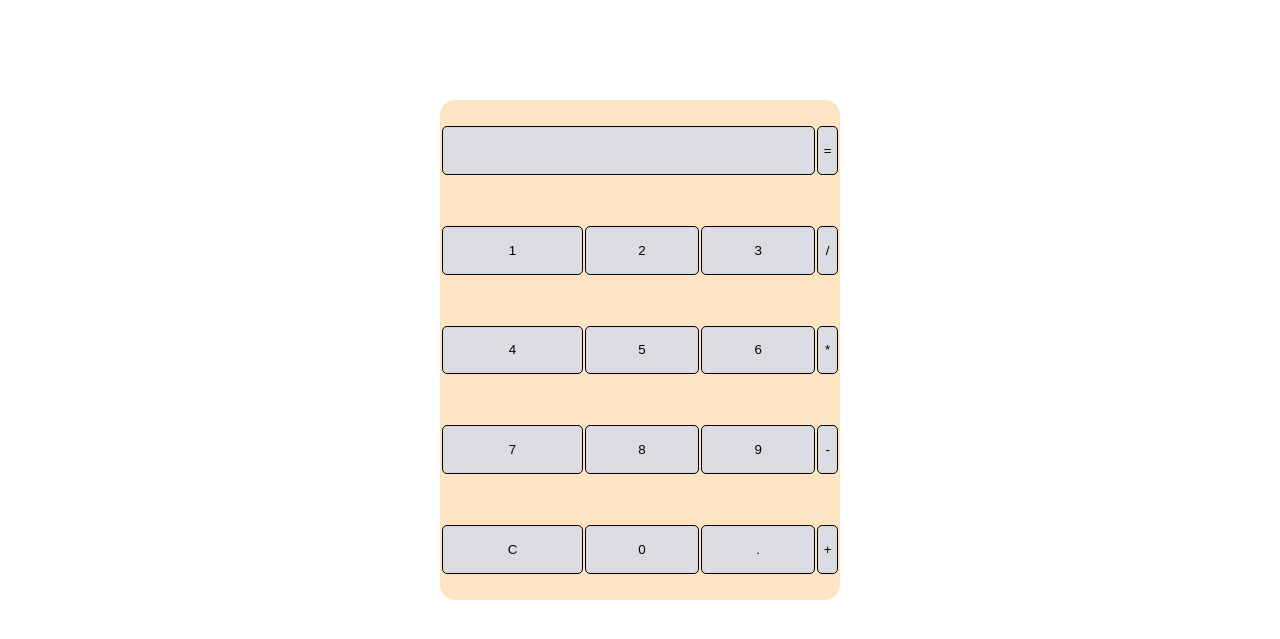
Repository: Seryozha02/CalculatorAndStopwatch
Page: calculator.html
These files come from the project's save history. The page is drawn as it stood at one moment and after a run of saves; the edit follows.
The browser window is 1280 px wide. The pictures show the whole page.

Above is the page before, as saved 2022-10-03 00:31:33.

After the next 2 saves:
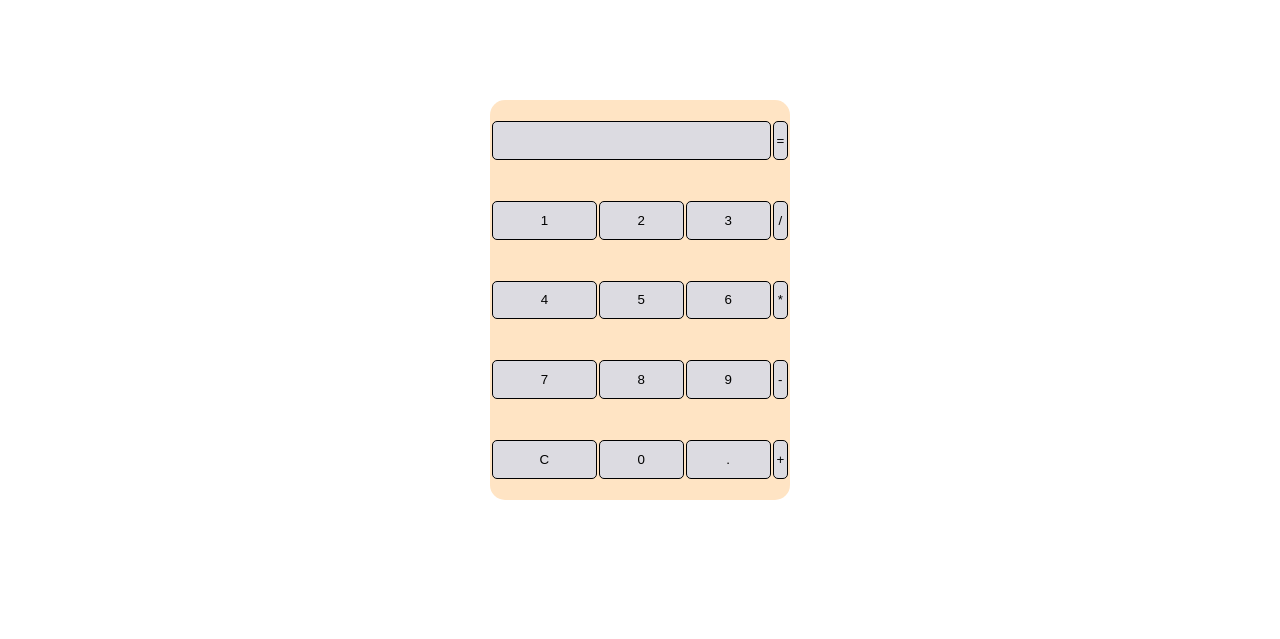
The 2 saves are shown as one change because they came seconds apart.
The last was saved 8 s later.
--- a/calculator.css
+++ b/calculator.css
@@ -10,8 +10,8 @@
     border-radius: 15px;
     margin: 0 auto;
     margin-top: 100px;
-    width: 400px;
-    height: 500px;
+    width: 300px;
+    height: 400px;
 
 }
 

After the 2 saves that followed:
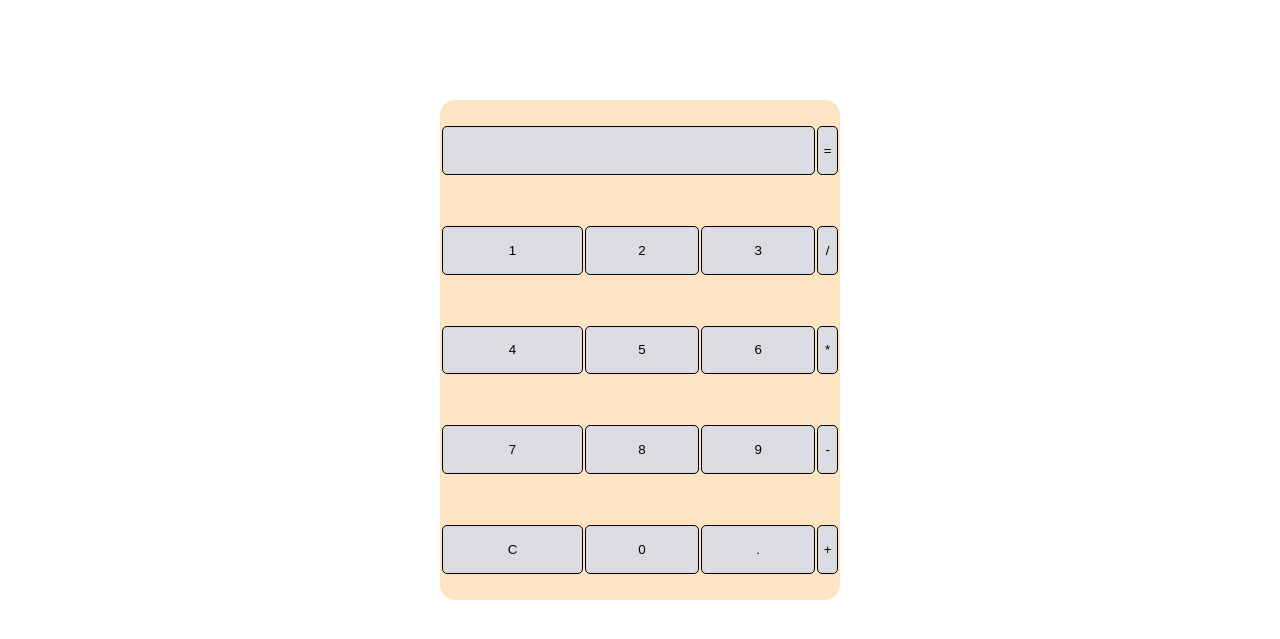
The 2 saves are shown as one change because they came seconds apart.
The last was saved 10 s later.
--- a/calculator.css
+++ b/calculator.css
@@ -10,8 +10,8 @@
     border-radius: 15px;
     margin: 0 auto;
     margin-top: 100px;
-    width: 300px;
-    height: 400px;
+    width: 400px;
+    height: 500px;
 
 }
 
